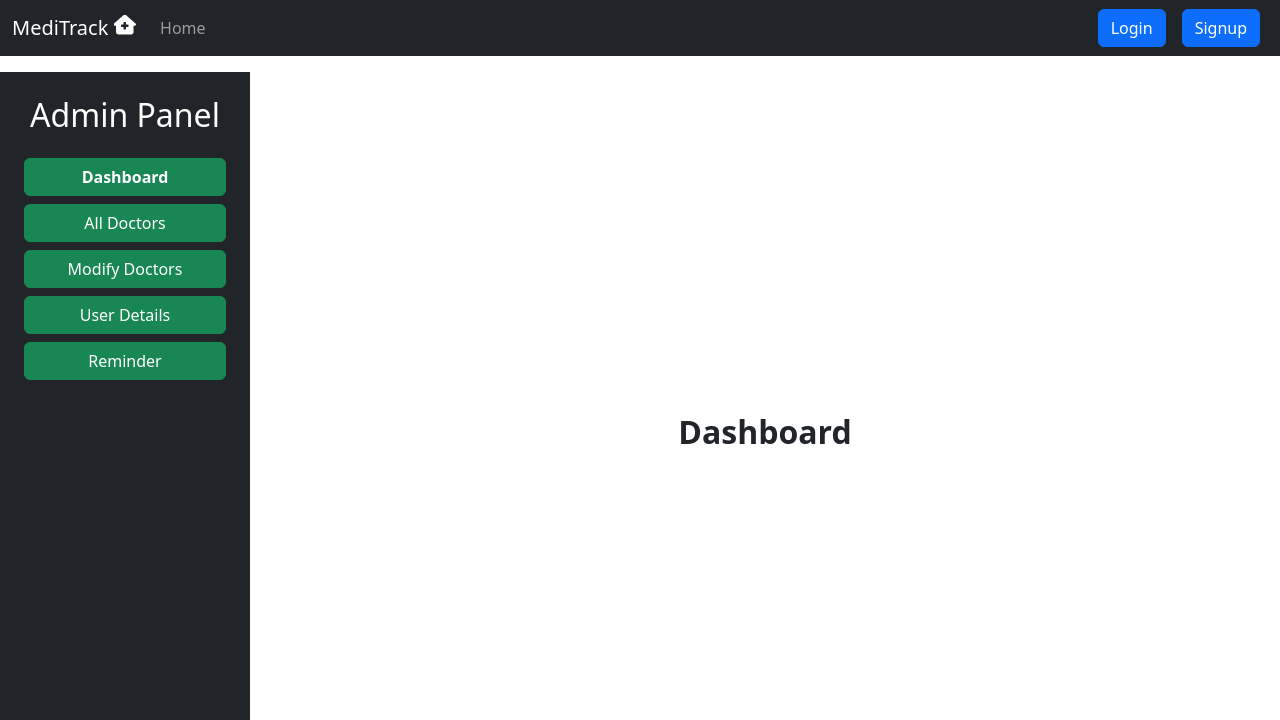
Repository: rahul-chakradhari/PillWise
Page: /admind (app in frontend/)
The author's editor kept a copy of each file at every save. The page is drawn from the files as they stood at one save, then again after the next save.
The browser window is 1280 px wide. The pictures show the whole page.
An inner scrolling area shows only its first screen. The project was rebuilt for these pictures with package versions that can differ from the ones it lists, and the page was loaded fresh each time. Also part of the build but not shown: frontend/vite.config.js, frontend/src/components/Home.jsx, frontend/src/components/History.jsx, frontend/src/components/Remainder.jsx, frontend/src/components/Doctors.jsx, frontend/src/components/Healthy.jsx, frontend/src/components/Prescription.jsx, frontend/src/utils/axiosInstant.js and 3 more.

Above is the page before, as saved 2025-03-16 16:16:44.

After the next save:
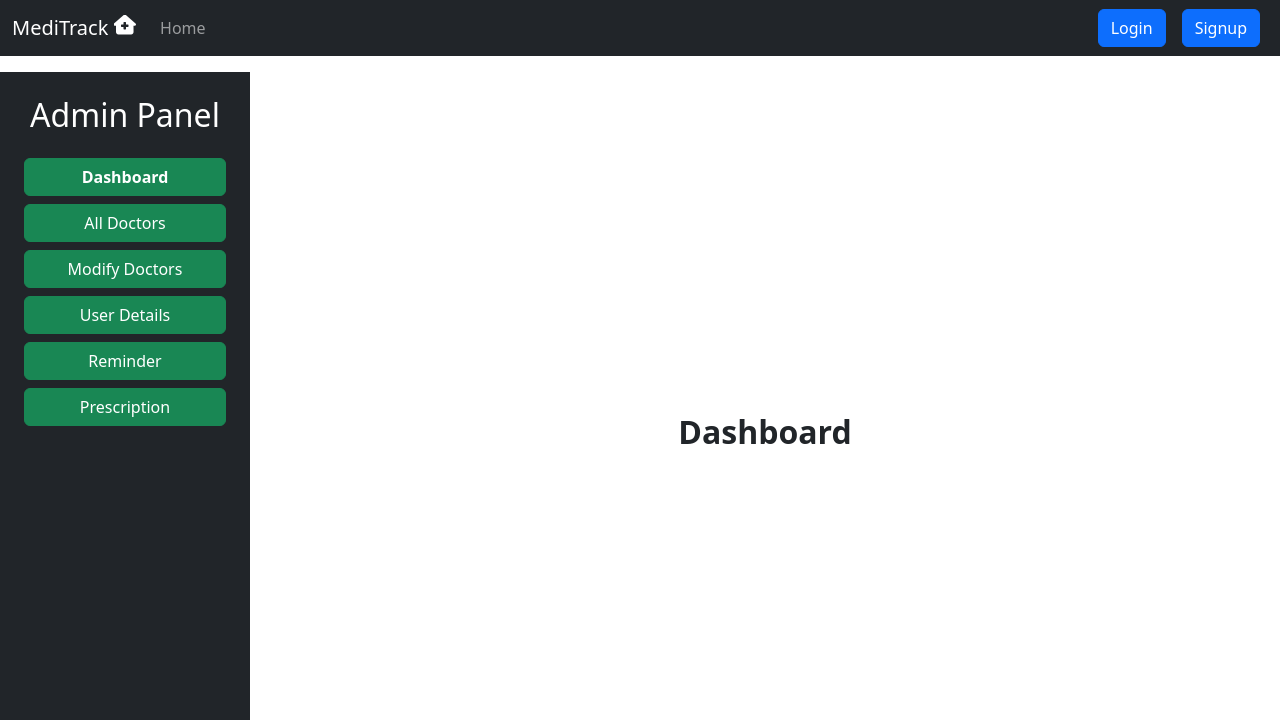
Saved 94 s later.
--- a/frontend/src/components/AdminData.jsx
+++ b/frontend/src/components/AdminData.jsx
@@ -9,6 +9,7 @@ const AdminData = () => {
     "Modify Doctors",
     "User Details",
     "Reminder",
+    "Prescription",
   ];
 
   return (
